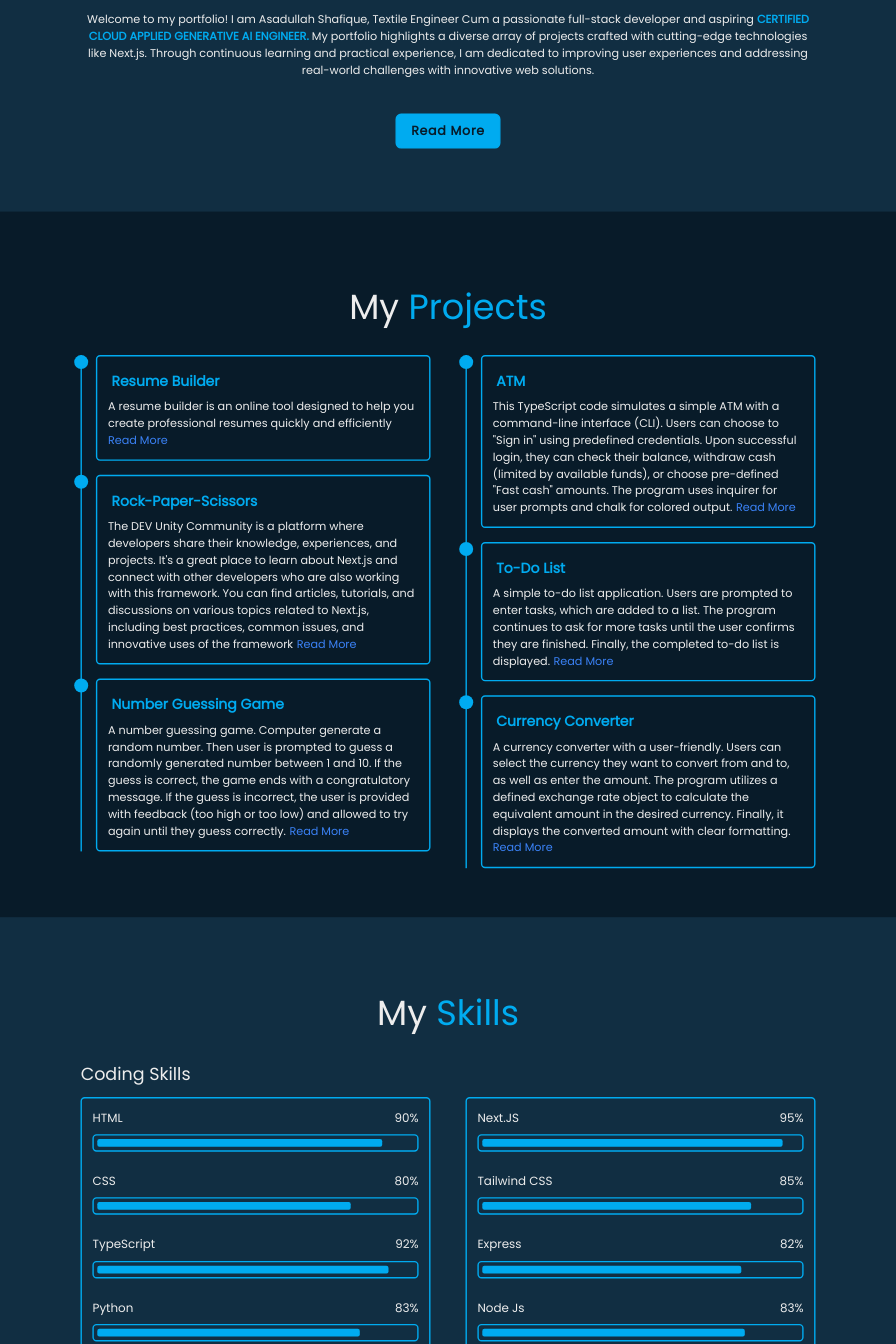
Repository: asadullah48/nextjs_projects_portfolio
Page: /
An editor plug-in stored every save of this project. The page is shown before and after the next save, followed by the edit.
The browser window is 1280 px wide. The pictures show the part of the page from y = 1356 to 3276 px (the page is 4258 px tall), at 70% of full size.
The project was rebuilt for these pictures with package versions that can differ from the ones it lists, and the page was loaded fresh each time. The framework's server and built-in components were replaced by stand-ins that run in the browser. Also part of the build but not shown: next.config.ts.

Above is the page before, as saved 2024-11-13 14:03:14.

After the next save:
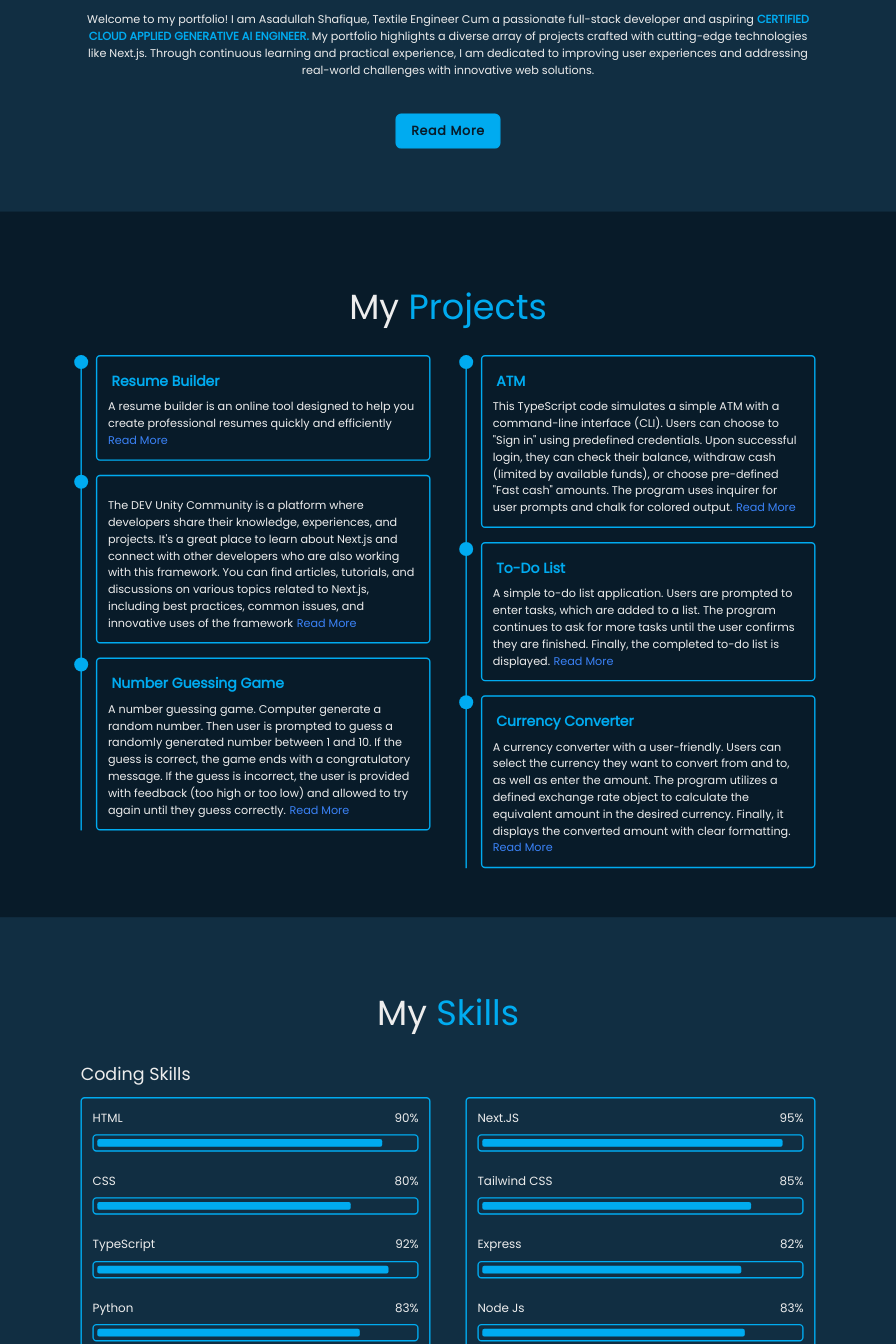
Saved 12 s later.
--- a/src/app/page.tsx
+++ b/src/app/page.tsx
@@ -256,7 +256,7 @@
               <div className="education-content">
                 <div className="content">
                   <div className="year">
-                    <h3>Rock-Paper-Scissors</h3>
+                    <h3></h3>
                   </div>
                   <p>
                   The DEV Unity Community is a platform where developers share their knowledge, experiences, and projects.

After the save that followed:
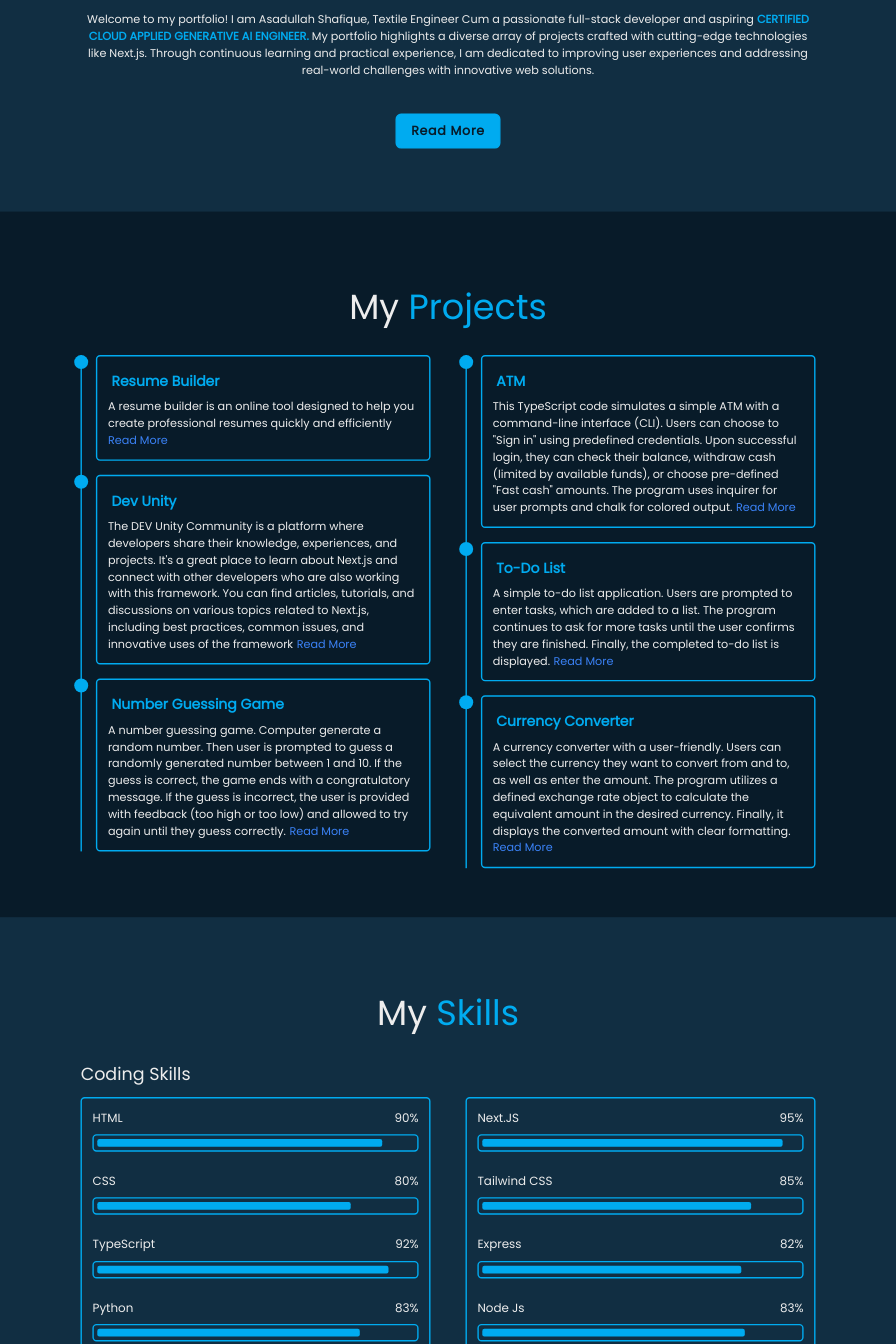
Saved 4 s later.
--- a/src/app/page.tsx
+++ b/src/app/page.tsx
@@ -256,7 +256,7 @@
               <div className="education-content">
                 <div className="content">
                   <div className="year">
-                    <h3></h3>
+                    <h3>Dev Unity</h3>
                   </div>
                   <p>
                   The DEV Unity Community is a platform where developers share their knowledge, experiences, and projects.
